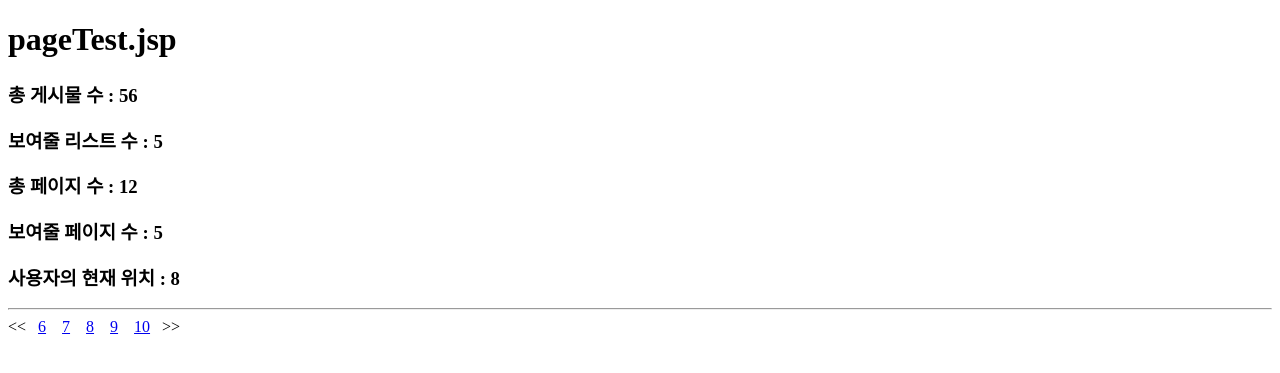
Repository: Rege-97/test
Page: http://localhost/myweb/pageTest.jsp
These files come from the project's save history. The page is drawn as it stood at one moment and after the next save; the edit follows.
The browser window is 1280 px wide. The pictures show the whole page.
The page is served by Tomcat 9. Other server files are loaded and not shown.

Above is the page before, as saved 2025-03-24 05:14:30.

### myweb/src/main/webapp/pageTest.jsp
<%@ page language="java" contentType="text/html; charset=UTF-8" pageEncoding="UTF-8"%>
<!DOCTYPE html>
<html>
<head>
<meta charset="UTF-8">
<title>Insert title here</title>
</head>
<%
// 총 게시물 수
int totalCnt = 56; // db로부터 조회

//보여줄 리스트 수
int listSize = 5;

//보여줄 페이지 수
int pageSize = 5;

//사용자의 현재 위치
int cp = 8;

// 총 페이지 수
int totalPage = (totalCnt / listSize) + 1;
if (totalCnt % listSize == 0)
	totalPage--;

int userGroup = cp / pageSize;
if (cp % pageSize == 0)
	userGroup--;
%>
<body>
	<h1>pageTest.jsp</h1>
	<h3>총 게시물 수 : <%=totalCnt%></h3>
	<h3>보여줄 리스트 수 : <%=listSize%></h3>
	<h3>총 페이지 수 : <%=totalPage%></h3>
	<h3>보여줄 페이지 수 : <%=pageSize%></h3>
	<h3>사용자의 현재 위치 : <%=cp%></h3>
	<hr>
	<%
	if (userGroup != 0) {
	%>
	&lt;&lt;
	<%
	}
	%>
	<%
	for (int i = (userGroup * pageSize + 1); i <= (userGroup * pageSize + pageSize); i++) {
	%>&nbsp;&nbsp;<a href="pageTest.jsp?cp=<%=i%>"><%=i%></a>&nbsp;&nbsp;<%
	if (i == totalPage) {
		break;
	}
	}
	%>
	<%
	if (((totalPage / pageSize) - (totalPage % pageSize == 0 ? 1 : 0)) != userGroup) {
	%>
	&gt;&gt;
	<%
	}
	%>
</body>
</html>

After the next save:
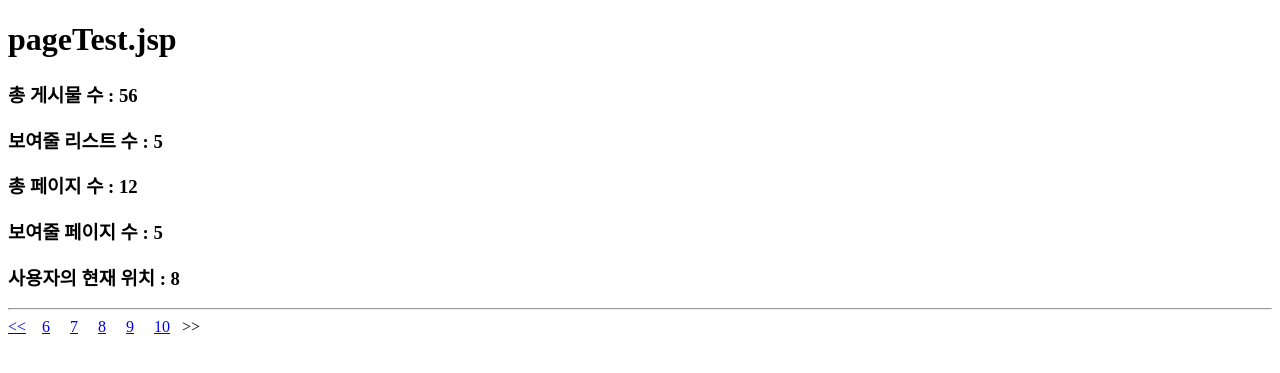
Saved 83 s later.
--- a/myweb/src/main/webapp/pageTest.jsp
+++ b/myweb/src/main/webapp/pageTest.jsp
@@ -38,13 +38,14 @@
 	<%
 	if (userGroup != 0) {
 	%>
-	&lt;&lt;
+	<a href="pageTest.jsp?cp=<%=cp - 1%>">&lt;&lt;</a>
 	<%
 	}
 	%>
 	<%
 	for (int i = (userGroup * pageSize + 1); i <= (userGroup * pageSize + pageSize); i++) {
-	%>&nbsp;&nbsp;<a href="pageTest.jsp?cp=<%=i%>"><%=i%></a>&nbsp;&nbsp;<%
+	%>&nbsp;&nbsp;
+	<a href="pageTest.jsp?cp=<%=i%>"><%=i%></a>&nbsp;&nbsp;<%
 	if (i == totalPage) {
 		break;
 	}
